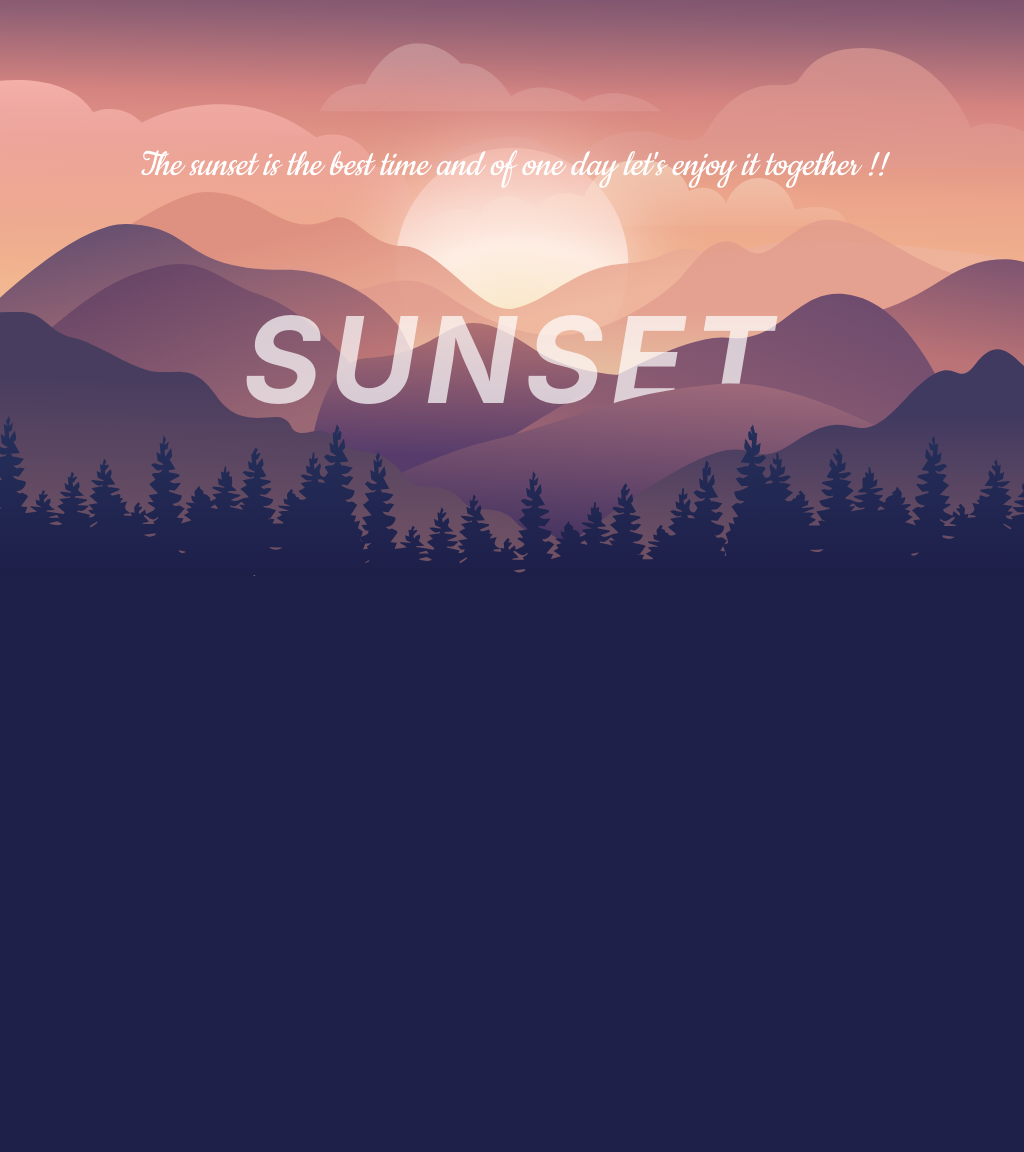
Repository: nambui98/parallax
Page: /
These files come from the project's save history. The page is drawn as it stood at one moment and after the next save; the edit follows.
The browser window is 1280 px wide. The pictures show the whole page, at 80% of full size.
The project was rebuilt for these pictures with package versions that can differ from the ones it lists, and the page was loaded fresh each time. Also part of the build but not shown: vite.config.ts.

Above is the page before, as saved 2022-03-24 13:44:47.

### src/App.tsx
import { useEffect, useRef, useState } from 'react'
import bg_1 from './assets/images/bg_1.svg'
import bg_2 from './assets/images/bg_2.svg'
import bg_3 from './assets/images/bg_3.svg'
import bg_4 from './assets/images/bg_4.svg'
import bg_5 from './assets/images/bg_5.svg'
import bg_6 from './assets/images/bg_6.svg'
import bg_7 from './assets/images/bg_7.svg'
import bg_8 from './assets/images/bg_8.svg'
import bg_9 from './assets/images/bg_9.svg'
import bg_10 from './assets/images/bg_10.svg'
import bg_11 from './assets/images/bg_11.svg'
import './App.scss'

function App() {
  const bg_1Ref = useRef<any>()
  const bg_2Ref = useRef<any>()
  const bg_3Ref = useRef<any>()
  const bg_4Ref = useRef<any>()
  const bg_5Ref = useRef<any>()
  const bg_6Ref = useRef<any>()
  const bg_7Ref = useRef<any>()
  const bg_8Ref = useRef<any>()
  const bg_9Ref = useRef<any>()
  const bg_10Ref = useRef<any>()
  const bg_11Ref = useRef<any>()
  useEffect(() => {
    window.addEventListener("scroll", () => {
      let value = window.scrollY;

      console.log(bg_1Ref.current.styles);

    })

    return () => {
      window.removeEventListener("scroll", () => {

      })
    }
  }, [])

  return (
    <div className="App">
      <div className="main">
        <div className="banner">
          <img className='bg_1' ref={bg_1Ref} src={bg_1} alt="" />
          <img className='bg_2' ref={bg_2Ref} src={bg_2} alt="" />
          <img className='bg_3' ref={bg_3Ref} src={bg_3} alt="" />
          <img className='bg_4' ref={bg_4Ref} src={bg_4} alt="" />
          <img className='bg_5' ref={bg_5Ref} src={bg_5} alt="" />
          <img className='bg_6' ref={bg_6Ref} src={bg_6} alt="" />
          <img className='bg_7' ref={bg_7Ref} src={bg_7} alt="" />
          <img className='bg_8' ref={bg_8Ref} src={bg_8} alt="" />
          <img className='bg_9' ref={bg_9Ref} src={bg_9} alt="" />
          <img className='bg_10' ref={bg_10Ref} src={bg_10} alt="" />
          <img className='bg_11' ref={bg_11Ref} src={bg_11} alt="" />

          <h3>The sunset is the best time and of one day let's enjoy it together !!</h3>
          <h1>Sunset</h1>
        </div>
        <div className="content" id="content">

        </div>
      </div>
    </div>
  )
}

export default App

### src/App.scss
@import url('https://fonts.googleapis.com/css2?family=Cookie&display=swap');
*,
*::after,
*::before{
  padding: 0;
  margin: 0;
  box-sizing: inherit;
}
html{
  font-size: 62.5%;
  box-sizing: border-box;
}
.banner{
  background: linear-gradient(181.12deg, #6D4869 -4.47%, #906074 5.09%, #D58480 18.15%, #ECA58B 34.03%, #F8C995 69.69%);
  height: 100vh;
  position: relative;
  z-index: -1;
  overflow: hidden;
  h3{
    position: absolute;
    top: 18rem;
    width: 100%;
    font-size: 5rem;
    font-weight: 400;
    font-style: italic;
    color: #fff;
    font-family: 'Cookie', cursive;
    text-align: center;
    // left: 50%;
    // transform: translateX(-50%);
  }
  h1{
    position: absolute;
    bottom: 18rem;
    width: 100%;
    font-size: 15rem;
    font-style: italic;
    color: rgba(255, 255, 255, .7);
    text-align: center;
    text-transform: uppercase;
    z-index: 0;
    letter-spacing: 1rem;
  }
  img{
    position: absolute;
    z-index: 0;
    &.bg_1{
      top: 5.4rem;
      left: 40rem;
    }
    &.bg_2{
      left: 0;
      top: 10rem;
    }
    &.bg_3{
      right: 0;
      top: 6rem;
    }
    &.bg_4{
      left: 50%;
      top: 8rem;
      transform: translateX(-50%);
      // top: 28.6rem;
      width: 50rem;
    }
    &.bg_5{
      right: 22rem;
      top: 20rem;
    }
    &.bg_6{
      right: 0;
      left: 0;
      top: 24rem;
      width: 100%;
    }
    &.bg_7{
      right: 0;
      left: 0;
      top: 28rem;
      width: 100%;
      // z-index: 1;
    }
     &.bg_8{
      bottom: -3rem;
      width: 100%;
      z-index: 2;
    }
    &.bg_9{
      width: 100%;
      top: 33rem;
      // z-index: 1;
    }
    &.bg_10{
      bottom: -6rem;
      z-index: 1;
    }
    &.bg_11{
      bottom: 0rem;
      width: 100%;
      z-index: 2;
    }
  }
}
.content{
  height: 100vh;
  width: 100%;
  background-color: #1E2049;
}

Loaded but not shown: index.html (common file); src/main.tsx (common file); src/index.css (common file)

After the next save:
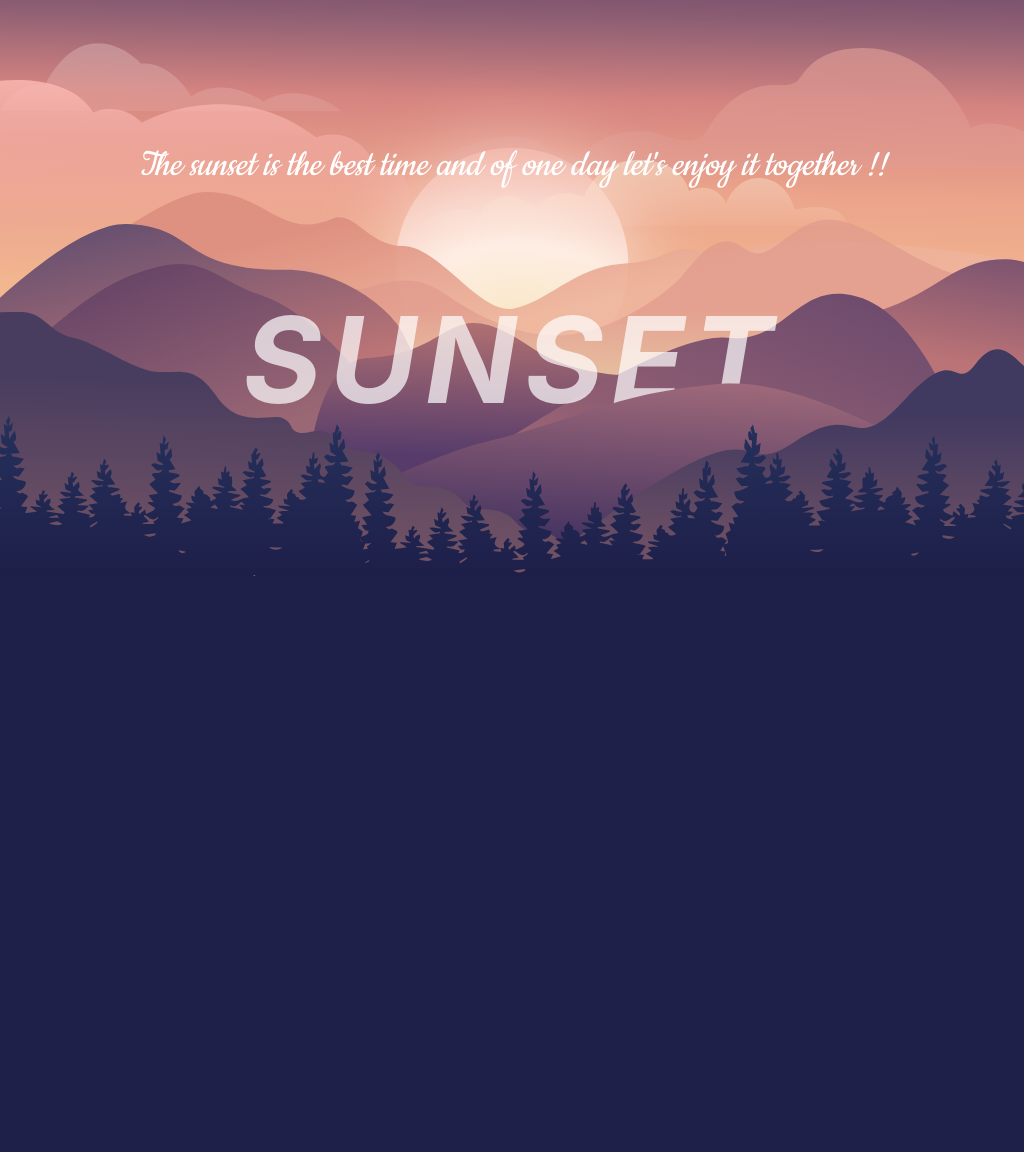
Saved 20 s later.
--- a/src/App.tsx
+++ b/src/App.tsx
@@ -27,8 +27,8 @@
   useEffect(() => {
     window.addEventListener("scroll", () => {
       let value = window.scrollY;
-
-      console.log(bg_1Ref.current.styles);
+      bg_1Ref.current.style.left = value;
+      console.log();
 
     })
 

After the 3 saves that followed:
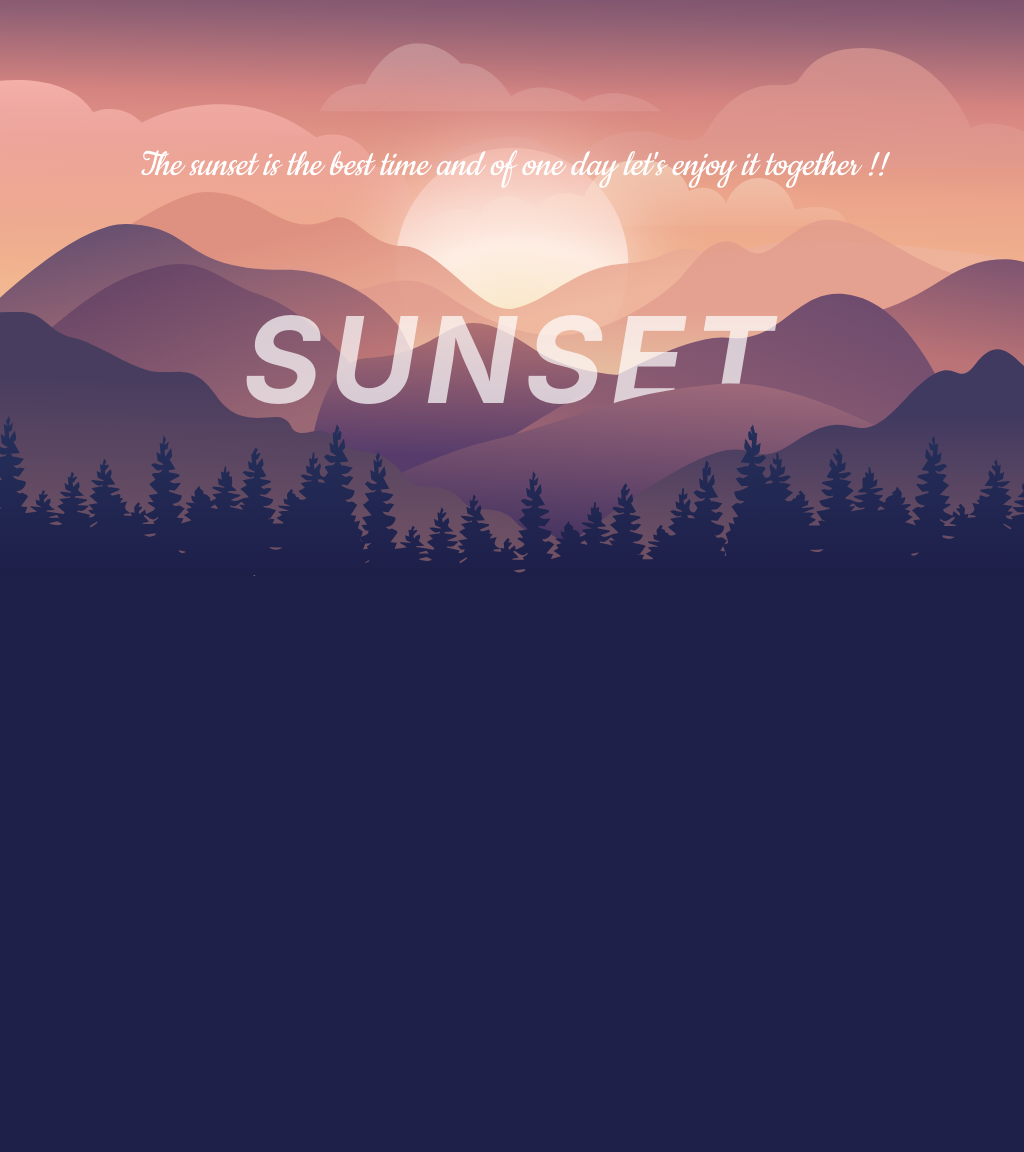
The 3 saves are shown as one change because 2 left the picture as it was.
The last was saved 83 s later.
--- a/src/App.tsx
+++ b/src/App.tsx
@@ -27,7 +27,7 @@
   useEffect(() => {
     window.addEventListener("scroll", () => {
       let value = window.scrollY;
-      bg_1Ref.current.style.left = value;
+      bg_1Ref.current.style.left = `calc(${value}px + 40rem)`;
       console.log();
 
     })
